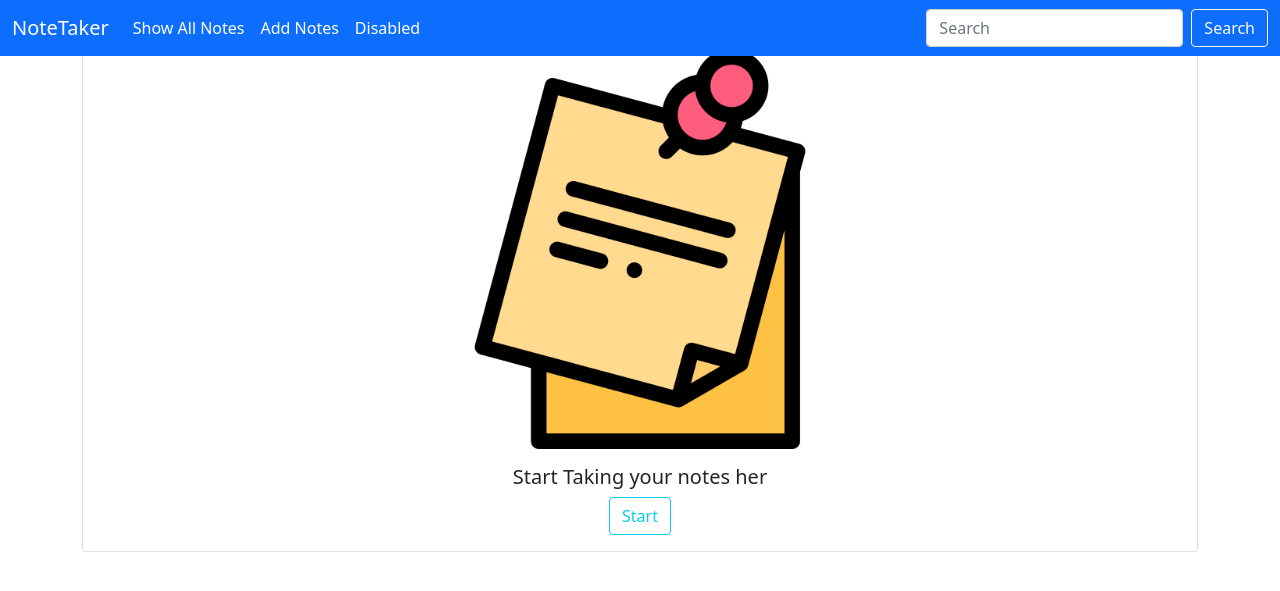
Repository: Shubham-Kumar-cmd/Hibernate
Page: http://localhost/NoteTakerApp/
An editor plug-in stored every save of this project. The page is shown before and after the next save, followed by the edit.
The browser window is 1280 px wide. The pictures show the whole page.
The page is served by Tomcat 9.

Above is the page before, as saved 2023-02-08 08:41:34.

After the next save:
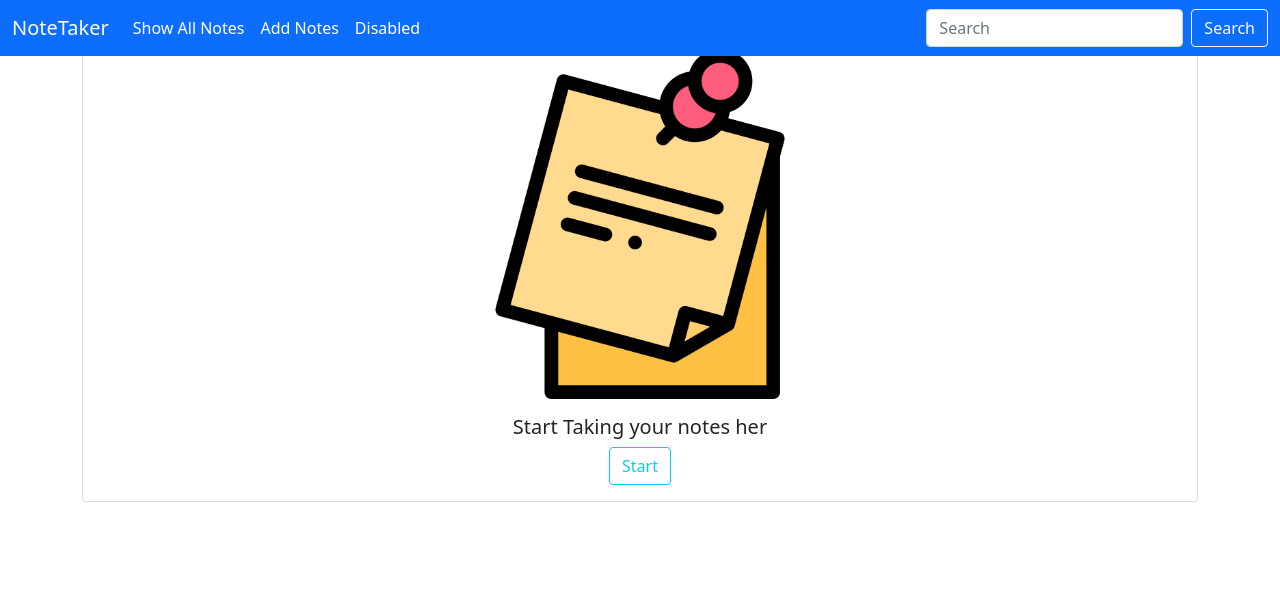
Saved 22 s later.
--- a/NoteTakerApp/src/main/webapp/index.jsp
+++ b/NoteTakerApp/src/main/webapp/index.jsp
@@ -16,7 +16,7 @@
 
 	<div class="container text-center">
 		<div class="card mt-5">
-		  <img src="img/sticky-notes.png" style="max-width: 400px;" class="img-fluid mx-auto" alt="...">
+		  <img src="img/sticky-notes.png" style="max-width: 350px;" class="img-fluid mx-auto" alt="...">
 		  <div class="card-body">
 		    <h5 class="card-title">Start Taking your notes her</h5>
 		    <a href="addNotes.jsp" class="btn btn-outline-info">Start</a>
